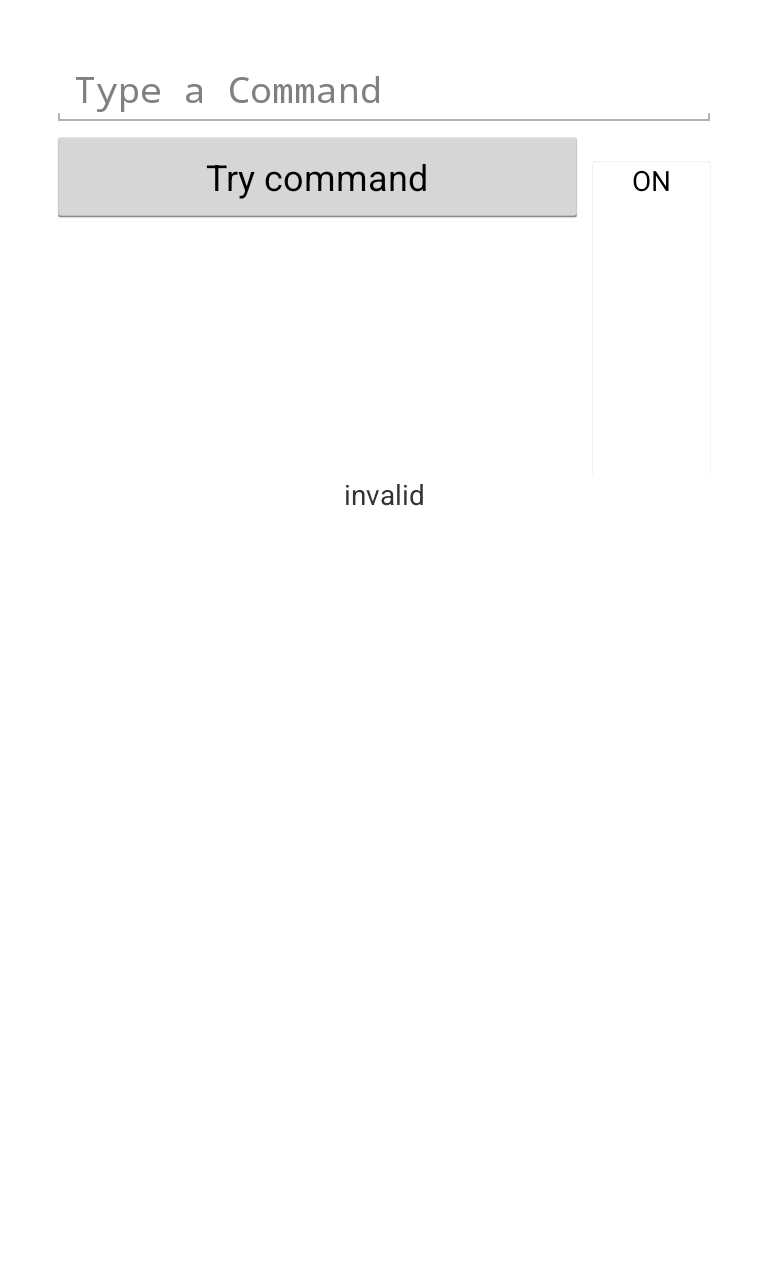
Repository: lcbasu/android
Layout: adt/TheNewBoston/res/layout/text.xml
The author's editor kept a copy of each file at every save. The layout is drawn from the files as they stood at one save, then again after the next save.
It is drawn on a 768 x 1280 px phone screen (xhdpi) without system bars, with theme AppTheme; the app's code is not run.

Above is the layout before, as saved 2014-05-19 17:59:08.

### adt/TheNewBoston/res/layout/text.xml
<?xml version="1.0" encoding="utf-8"?>
<LinearLayout xmlns:android="http://schemas.android.com/apk/res/android"
    android:layout_width="match_parent"
    android:padding="25dp"
    android:layout_height="match_parent"
    android:orientation="vertical" >

    <EditText
        android:id="@+id/etCommands"
        android:layout_width="fill_parent"
        android:layout_height="wrap_content"
        android:hint="Type a Command"
        android:password="true" />

    <LinearLayout
        android:layout_width="fill_parent"
        android:layout_height="wrap_content"
        android:orientation="horizontal"
        android:weightSum="100" >

        <Button
            android:id="@+id/bResults"
            android:layout_width="fill_parent"
            android:layout_height="wrap_content"
            android:layout_weight="20"
            android:gravity="center"
            android:text="Try command" />

        <ToggleButton
            android:id="@+id/tbPassword"
            android:layout_width="fill_parent"
            android:layout_height="wrap_content"

            android:checked="true"
            android:layout_weight="80"
            android:paddingBottom="150dp"
            android:text="ToggleButton" />
    </LinearLayout>

    <TextView
        android:id="@+id/tvResults"
        android:layout_width="fill_parent"
        android:layout_height="wrap_content"
        android:gravity="center"
        android:text="invalid" />

</LinearLayout>

Loaded but not shown: adt/TheNewBoston/res/values/styles.xml (common file); adt/TheNewBoston/res/values-v11/styles.xml (common file); adt/TheNewBoston/res/values-v14/styles.xml (common file)

After the next save:
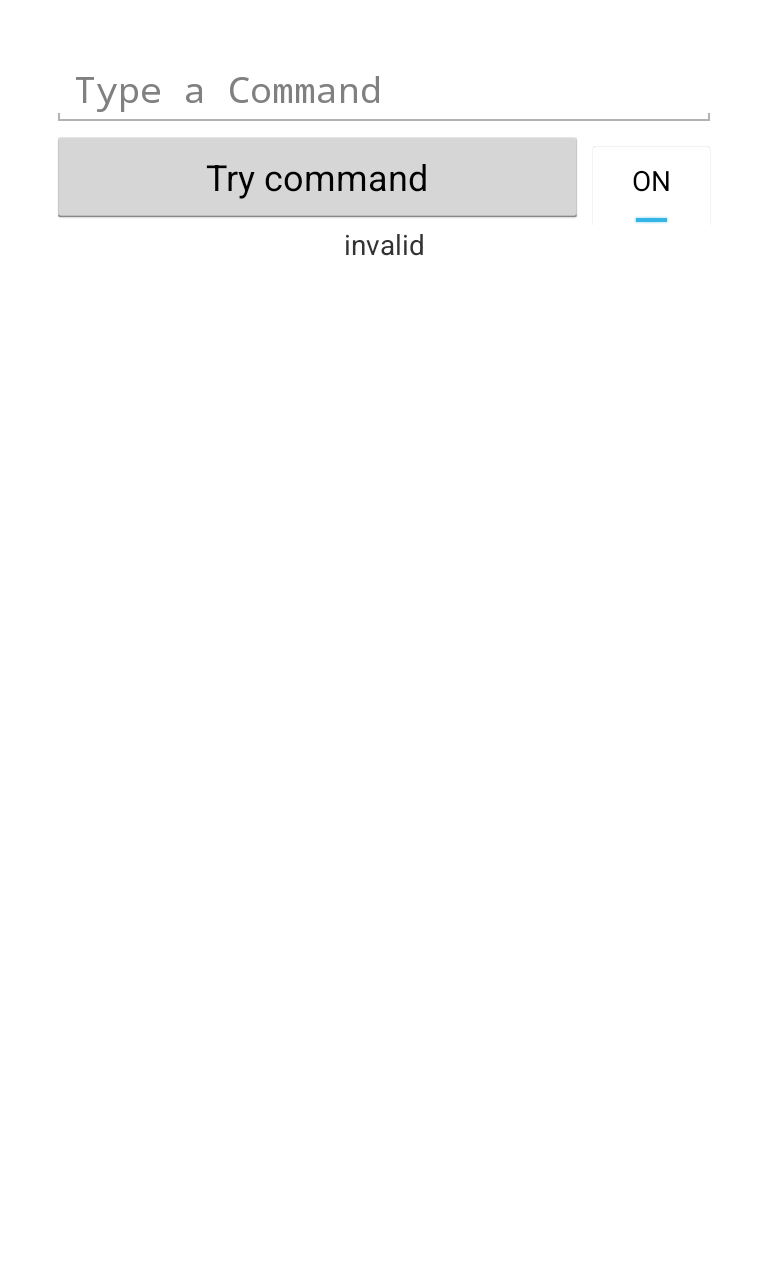
Saved 5 s later.
--- a/adt/TheNewBoston/res/layout/text.xml
+++ b/adt/TheNewBoston/res/layout/text.xml
@@ -33,7 +33,7 @@
 
             android:checked="true"
             android:layout_weight="80"
-            android:paddingBottom="150dp"
+            android:paddingBottom="10dp"
             android:text="ToggleButton" />
     </LinearLayout>
 
